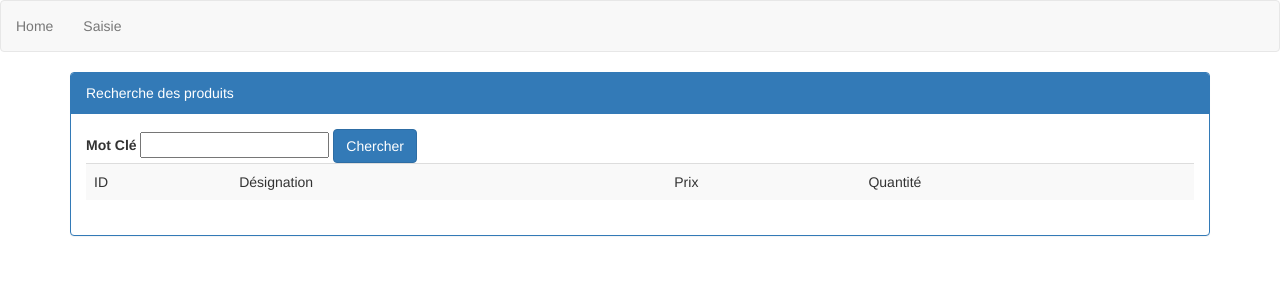
Repository: lamyita/App_Add_Product
Page: http://localhost/TP_CAT/index.do
The author's editor kept a copy of each file at every save. The page is drawn from the files as they stood at one save, then again after the next save.
The browser window is 1280 px wide. The pictures show the whole page.
The page is served by Tomcat 9.

Above is the page before, as saved 2021-02-05 09:11:30.

After the next save:
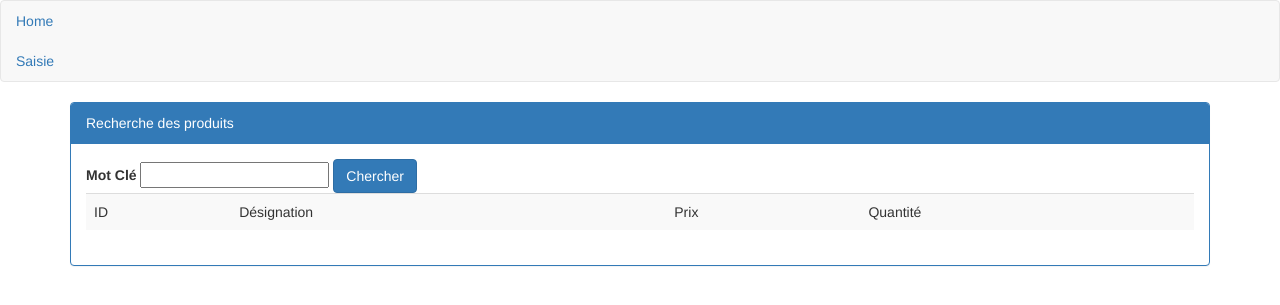
Saved 86 s later.
--- a/larchitecture JEE/TP_CAT/WebContent/header.jsp
+++ b/larchitecture JEE/TP_CAT/WebContent/header.jsp
@@ -1,5 +1,5 @@
 <div class="navbar navbar-default">
-<ul class="nav navbar-nav">
+<ul class="nav navbar-nav-dark">
 <li><a href="index.do">Home</a></li>
 <li><a href="Saisie.do">Saisie</a></li>
 

After the save that followed:
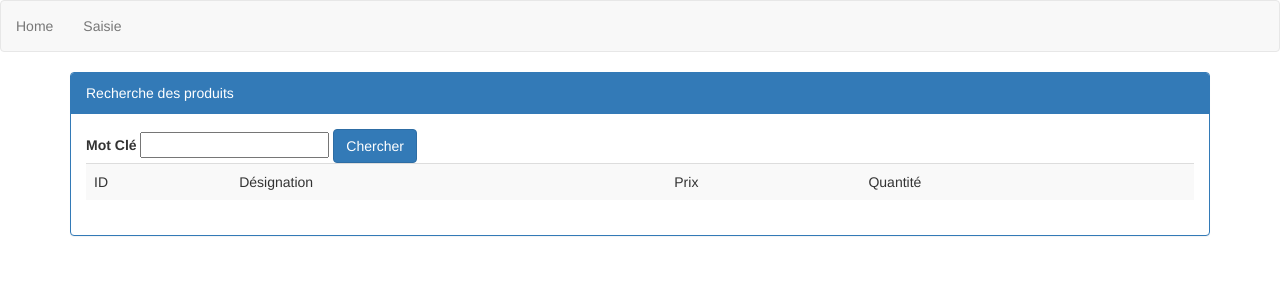
Saved 9 s later.
--- a/larchitecture JEE/TP_CAT/WebContent/header.jsp
+++ b/larchitecture JEE/TP_CAT/WebContent/header.jsp
@@ -1,5 +1,5 @@
 <div class="navbar navbar-default">
-<ul class="nav navbar-nav-dark">
+<ul class="nav navbar-nav">
 <li><a href="index.do">Home</a></li>
 <li><a href="Saisie.do">Saisie</a></li>
 
